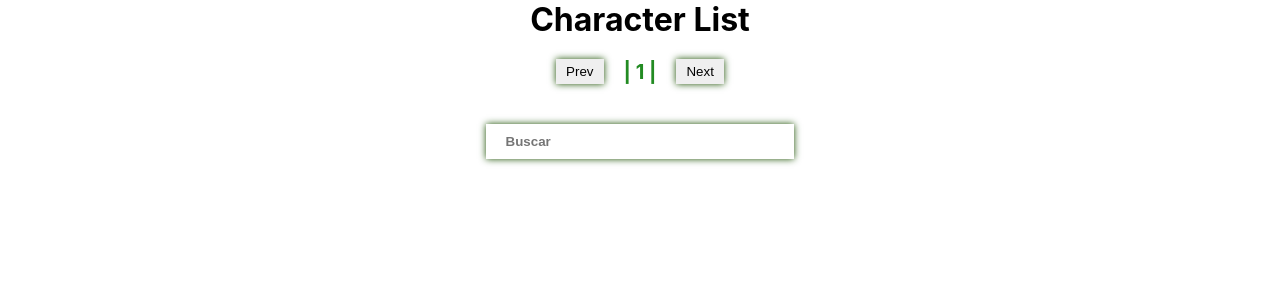
Repository: DanielVegaf/rick-and-morty-api
Page: /
These files come from the project's save history. The page is drawn as it stood at one moment and after the next save; the edit follows.
The browser window is 1280 px wide. The pictures show the whole page.
The page's requests for data from a server got no answer. The project was rebuilt for these pictures with package versions that can differ from the ones it lists, and the page was loaded fresh each time. No one was signed in, and anything a server would have sent is missing. Also part of the build but not shown: vite.config.js, src/components/characterDetails/CharacterDetails.jsx.

Above is the page before, as saved 2022-07-11 11:47:00.

### src/App.jsx
import { Routes, Route } from 'react-router-dom';

import './App.css'
import { CharacterDetails } from './components/characterDetails/CharacterDetails';
import { CharactersList } from './components/characterList/CharactersList';


function App() {

  return (
    <div className="App">
        <Routes>
          <Route path='/' element={<CharactersList />}/>
          <Route path='/character/:characterId' element={<CharacterDetails />}/>
        </Routes>
    </div>
  )
}

export default App

### src/App.css
*{
  margin: 0;
  padding: 0;
}

.App {
  display: flex;
  flex-direction: column;
  align-items: center;
  text-align: center;
}

.container{
  width: 70%;
}

.buttons{
  display: flex;
  align-items: center;
  justify-content: center;
  padding: 20px;
}

.buttons button{
  border: none;
  margin: 0 20px;
  padding: 5px 10px;
  cursor: pointer;
  transition: transform .1s ease-in-out;
  box-shadow: 0 0 7px rgb(27, 80, 2);
}
.buttons button:active {
  transform: scale(.93);
}
.page{
  color: forestgreen;
  font-weight: bold;
  font-size: 20px;
}

input{
  margin: 20px 0 40px;
  padding: 10px 20px;
  border: none;
  box-shadow: 0 0 7px rgb(27, 80, 2);
  font-weight: bold;
  outline: none;
  width: 30%;
}

.gallery{
  display: flex;
  align-items: center;
  justify-content: center;
  margin: 0 0 40px;
}

.gallery img{
  width: 300px;
}

.info{
  width: 300px;
  box-shadow: 0 0 7px rgb(27, 80, 2);
  color: forestgreen;
  font-weight: bold;
  font-size: 24px;
  cursor: pointer;
}

.info:active{
  transform: scale(.99);
}

### src/components/characterList/CharactersList.jsx
import { useState, useEffect, useRef } from 'react';
import { Link } from 'react-router-dom';

import { getAllCharacters, searchCharacter } from '../../services/api';

export function CharactersList() {

    const inputSearch = useRef(null);
    const [character, setCharacter] = useState([])
    const [page, setPage] = useState(1)
    const [search, setSearch] = useState("")

    useEffect(() => {
        getAllCharacters(page)
            .then(setCharacter)
            .catch(console.log)
    }, [page])

    const onChangePage = (next) => {
        if (!character.previous && page + next <= 0) return;
        if (!character.next && page + next >= 42) return;

        setPage(page + next)
    }

    const onTextSearch = (event) => {
        event.preventDefault();
        const text = inputSearch.current.value;
        setSearch(text);
    }

    const onSearchSubmit = (event) => {
        if (event.key !== 'Enter') return;

        inputSearch.current.value = "";
        searchCharacter(search).then(setCharacter).catch(console.log);
    }

    return (
        <>
            <h1>Character List</h1>
            <div className="container">

                <div className="buttons">
                    <button onClick={() => onChangePage(-1)}>Prev</button>
                    <p className='page'>| {page} |</p>
                    <button onClick={() => onChangePage(1)}>Next</button>
                </div>

                <input
                    ref={inputSearch}
                    type="text"
                    onChange={onTextSearch}
                    onKeyDown={onSearchSubmit}
                    placeholder="Buscar"
                />

                {
                    character?.results?.map((char, index) => {
                        return (
                            <div
                                className='gallery'
                                key={index}
                            >
                                <Link to={`/character/${char.id}`}>
                                    <div className="info">
                                        <img src={char.image} alt="" />
                                        <p>{char.name}</p>
                                    </div>
                                </Link>
                            </div>
                        )
                    })
                }
            </div>
        </>
    );
};

### src/services/api.js
const BASE_URL = "https://rickandmortyapi.com/api/character";

export async function getAllCharacters(page = 1){
    try {
        const response = await fetch(`${BASE_URL}/?page=${page}`);
        const data = await response.json();
        // console.log(data);
        return data;
    } catch (error) {
        console.log(error);
    }
}

export async function searchCharacter(name){
    try {
        const response = await fetch(`${BASE_URL}/?name=${name}`)
        const data = await response.json();
        // console.log(data);
        return data;
    } catch (error) {
        console.log(error);
    }
}


export async function getSingleCharacter(id){
    try {
        const response = await fetch(`${BASE_URL}/${id}`);
        const data = await response.json();
        // console.log(data);
        return data;
    } catch (error) {
        console.log(error);
    }
}

Loaded but not shown: index.html (common file); src/main.jsx (common file); src/index.css (common file)

After the next save:
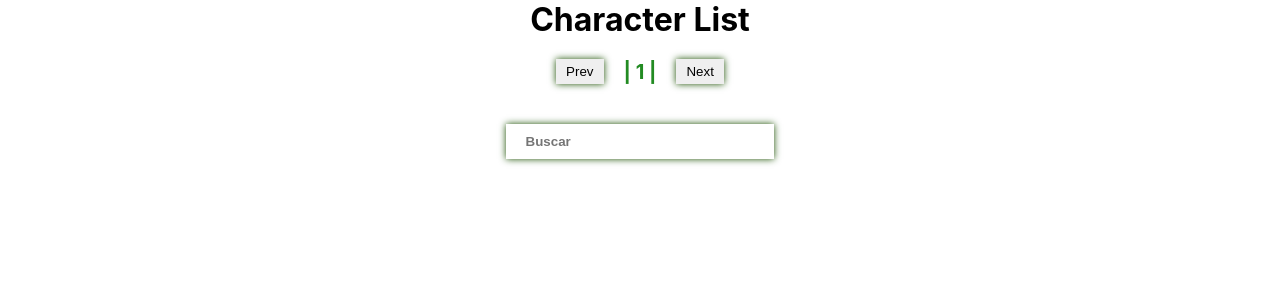
Saved 10 s later.
--- a/src/App.css
+++ b/src/App.css
@@ -1,6 +1,8 @@
 *{
   margin: 0;
   padding: 0;
+  box-sizing: border-box;
+  text-decoration: none;
 }
 
 .App {
